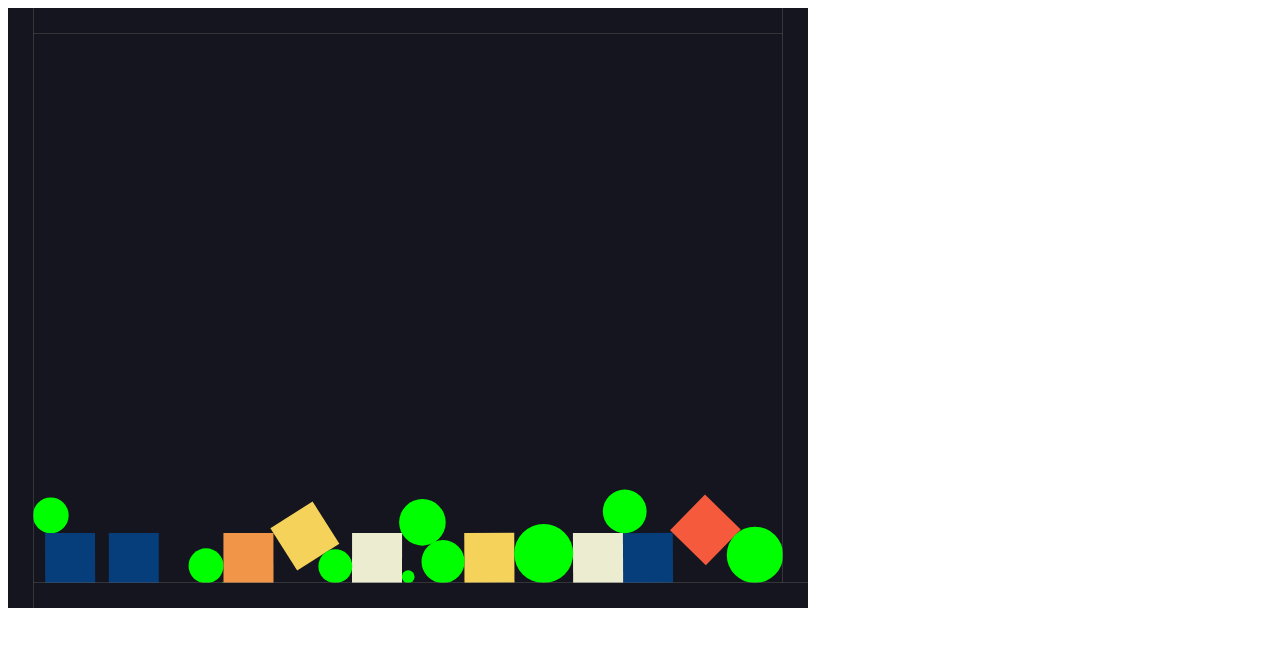
Repository: Sbethm/maze-runner
Page: index.html
These files come from the project's save history. The page is drawn as it stood at one moment and after the next save; the edit follows.
The browser window is 1280 px wide. The pictures show the whole page.
Some web libraries are served in a nearby version.

Above is the page before, as saved 2021-10-01 16:30:30.

### index.html
<!DOCTYPE html>
<html lang="en">
<head>
    <meta charset="UTF-8">
    <meta http-equiv="X-UA-Compatible" content="IE=edge">
    <meta name="viewport" content="width=device-width, initial-scale=1.0">
    <script src="https://cdnjs.cloudflare.com/ajax/libs/matter-js/0.17.1/matter.min.js"></script>
    <title>Maze Runner</title>
</head>
<body>

    <script src="app.js"></script>
</body>
</html>

### app.js
const { Engine, World, Runner, Render, Bodies, MouseConstraint, Mouse} = Matter;

const width = 800;
const height = 600;

const engine = Engine.create();
const {world} = engine;
const render = Render.create({
    element: document.body,
    engine: engine,
    options: {
        wireframes: false,
        width,
        height
    }
});
Render.run(render);
Runner.run(Runner.create(), engine);

World.add(world, MouseConstraint.create(engine, {
    mouse: Mouse.create(render.canvas)
}));

//====== Random Shapes
for(let i = 0; i < 20; i++) {
    if(Math.random() > 0.5) {
        World.add(world, Bodies.rectangle(Math.random() * width, Math.random() * height, 50, 50));
    } else {
        World.add(world, Bodies.circle(Math.random() * width, Math.random() * height, Math.random() * 30, {
            render: {
                fillStyle: 'lime'
            }
        }));
    }


}

//====== Walls
const walls = [
    Bodies.rectangle(400, 0, 800, 50, {isStatic: true}),
    Bodies.rectangle(800, 300, 50, 600, {isStatic: true}),
    Bodies.rectangle(400, 600, 800, 50, {isStatic: true}),
    Bodies.rectangle(0, 300, 50, 600, {isStatic: true})
];

World.add(world, walls);

After the next save:
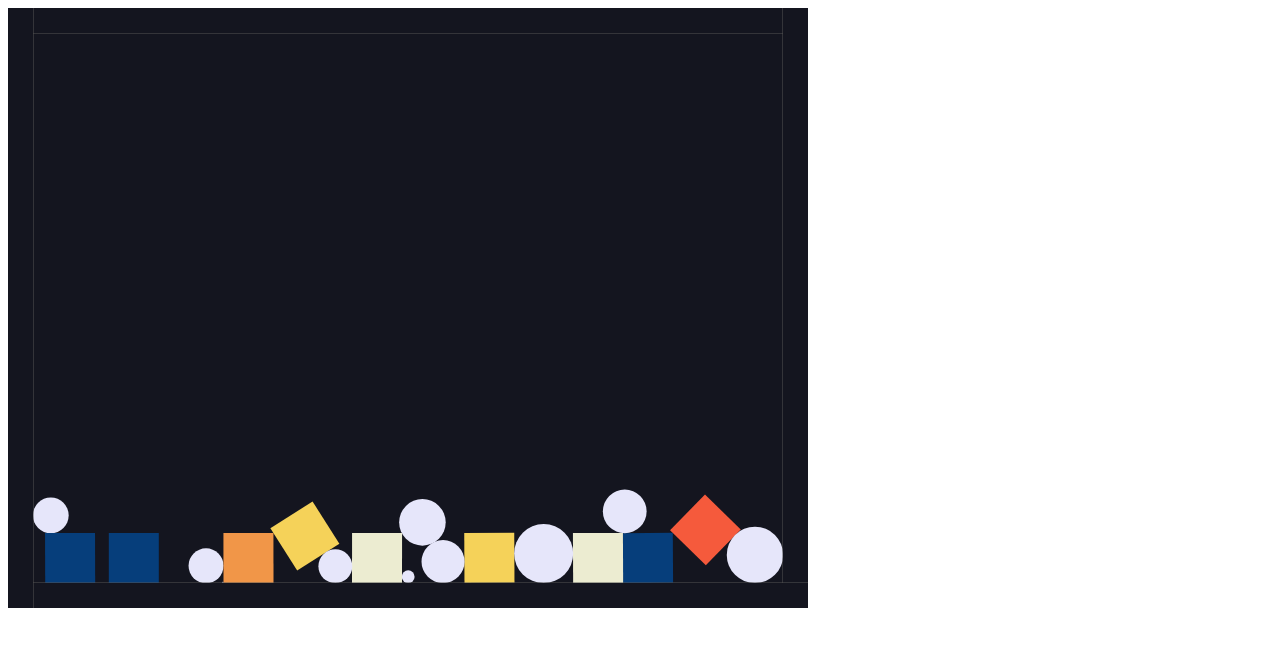
Saved 6 s later.
--- a/app.js
+++ b/app.js
@@ -28,7 +28,7 @@ for(let i = 0; i < 20; i++) {
     } else {
         World.add(world, Bodies.circle(Math.random() * width, Math.random() * height, Math.random() * 30, {
             render: {
-                fillStyle: 'lime'
+                fillStyle: 'lavender'
             }
         }));
     }
